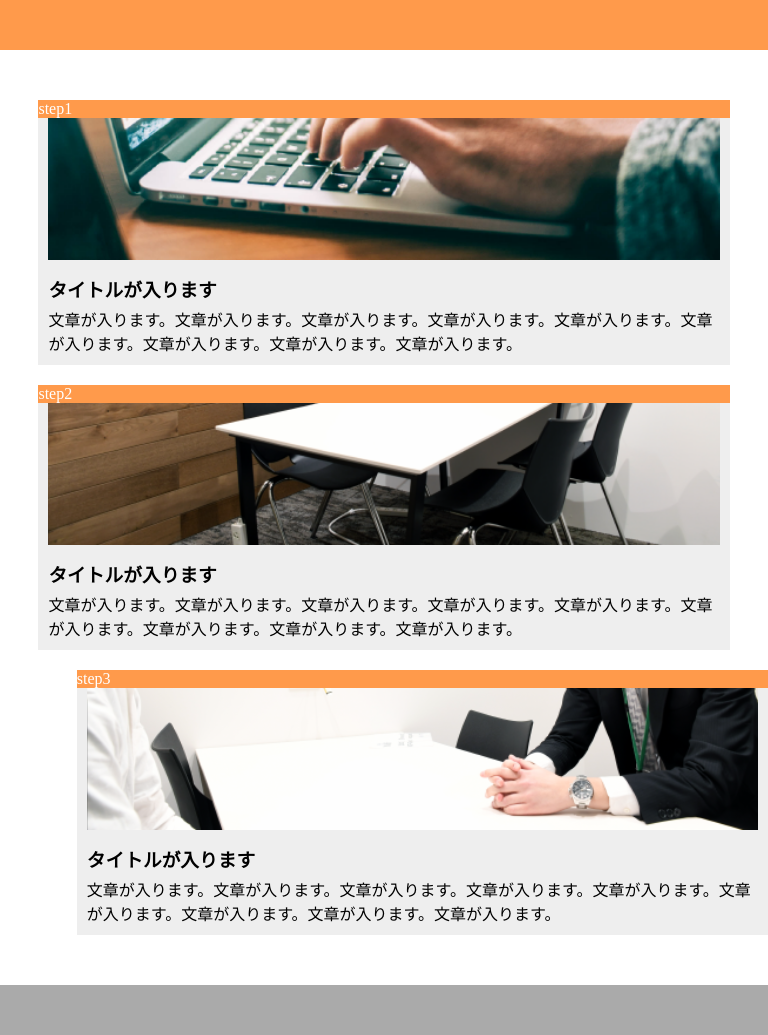
Repository: ebiten1205/kadai.html
Page: kadai 1/sample.html
The author's editor kept a record of every edit. The page is drawn from the files as they stood at one moment, then again after the next edit.
The browser window is 768 px wide. The pictures show the whole page.

Above is the page before.

### kadai 1/sample.html
<!DOCTYPE html>
<html lang="ja">
  <head>
    <meta charset="UTF-8">
    <meta name="viewport" content="width=device-width,initial-scale=1.0">
    <title>9章演習</title>
    <link rel="stylesheet" href="style.css">
  </head>
  <body>
    <header></header>
    <main>
      <div class="step-box">
        <div class="step-img1"></div>
        <span class="step-num">step1</span>
        <h3 class="title">タイトルが入ります</h3>
        <p class="text">
          文章が入ります。文章が入ります。文章が入ります。文章が入ります。文章が入ります。文章が入ります。文章が入ります。文章が入ります。文章が入ります。
        </p>
      </div>

      <div class="step-box">
        <div class="step-img2"></div>
        <span class="step-num">step2</span>
        <h3 class="title">タイトルが入ります</h3>
        <p class="text">
          文章が入ります。文章が入ります。文章が入ります。文章が入ります。文章が入ります。文章が入ります。文章が入ります。文章が入ります。文章が入ります。
        </p>
      </div>

      <div class="step-box">
        <div class="step-img3"></div>
        <span class="step-num">step3</span>
        <h3 class="title">タイトルが入ります</h3>
        <p class="text">
          文章が入ります。文章が入ります。文章が入ります。文章が入ります。文章が入ります。文章が入ります。文章が入ります。文章が入ります。文章が入ります。
        </p>
      </div>
    </main>
    <footer></footer>


</body></html>

### kadai 1/style.css
* {
  box-sizing: border-box;
  margin: 0;
  padding: 0;
}

header {
  height: 50px;
  background-color: #ff9a4b;
}

main {
  width: 960px;
  margin: 50px auto;
  display: flex;
}

.step-box {
  width: 300px;
  margin-right: 30px;
  padding: 10px;
  position: relative;
  background-color: #eee;
}

.step-box:last-child {
  margin-right: 0;
}

.step-img1 {
  height: 150px;
  background-image: url(img/flow01.png);
  background-position: bottom;
  background-size: cover;
}

.step-img2 {
  height: 150px;
  background-image: url(img/flow02.png);
  background-position: bottom;
  background-size: cover;
}

.step-img3 {
  height: 150px;
  background-image: url(img/flow03.png);
  background-position: bottom;
  background-size: cover;
}

.step-num {
  position: absolute;
  top: 0;
  left: 0;
  background-color: #ff9a4b;
  color: #fff;
}

.title {
  margin: 15px 0 5px;
}

footer {
  height: 50px;
  background-color: #aaa;
}

@media screen and (max-width: 768px) {
  header {
    width: 100%;
  }

  main {
    width: 100%;
    display: block;
  }

  .step-box {
    width: 90%;
    margin: 0 auto;
    margin-bottom: 20px;
    position: relative;
    padding: 10px;
  }

  .step-num {
    width: 100%;
  }

  .title {
    width: 100%;
  }

  footer {
    width: 100%;
  }
}

After the next edit:
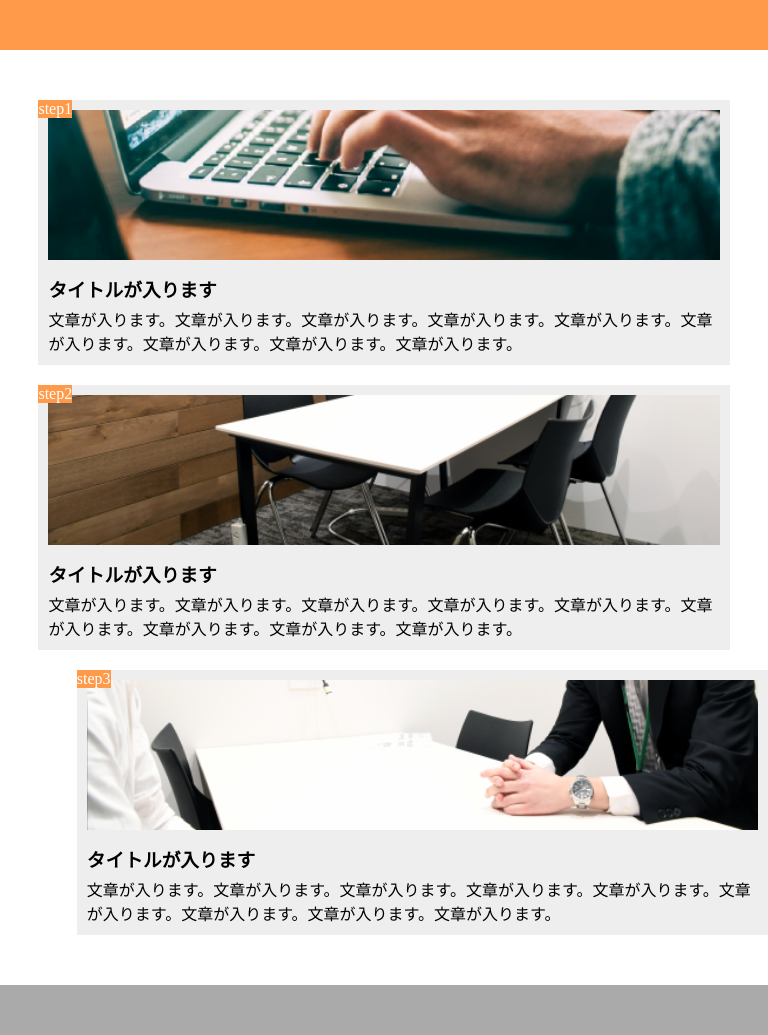
The edit:
--- a/kadai 1/style.css
+++ b/kadai 1/style.css
@@ -84,7 +84,11 @@
   }
 
   .step-num {
-    width: 100%;
+    position: absolute;
+  }
+
+  .step-img3 {
+    margin: 0 auto;
   }
 
   .title {
